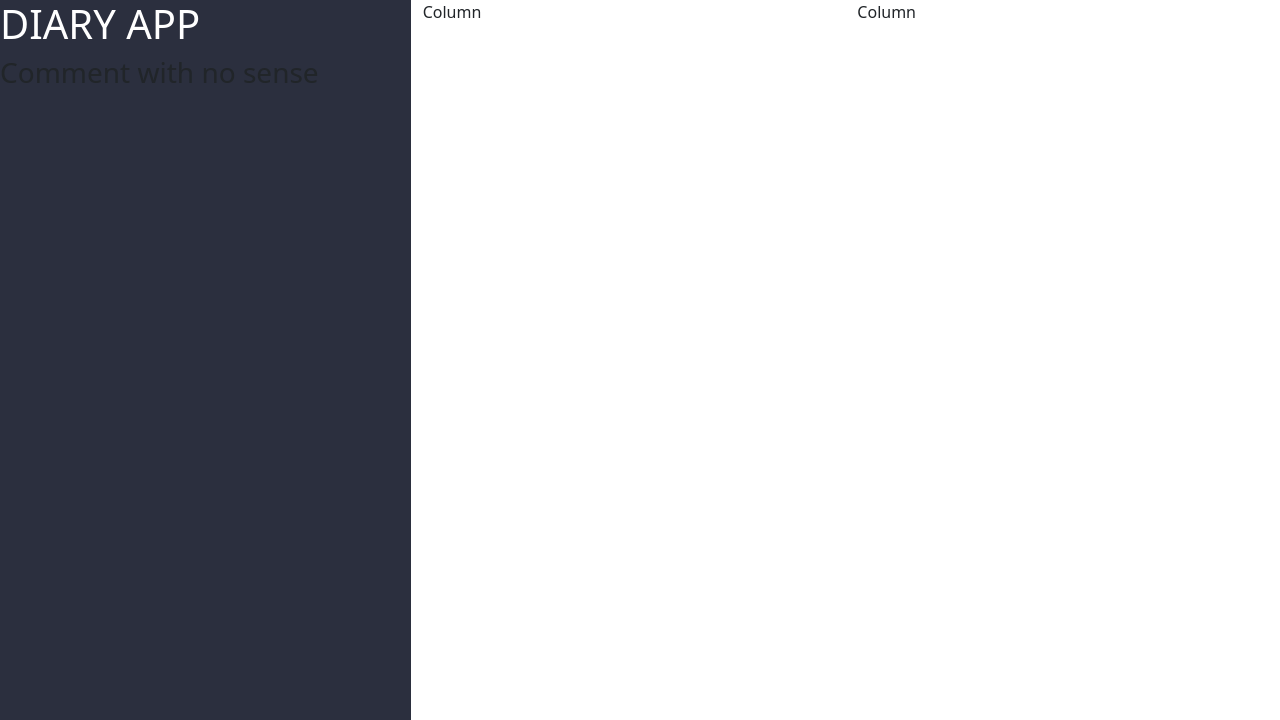
Repository: tsydikov/diary
Page: /
The author's editor kept a copy of each file at every save. The page is drawn from the files as they stood at one save, then again after the next save.
The browser window is 1280 px wide. The pictures show the whole page.
The project was rebuilt for these pictures with package versions that can differ from the ones it lists, and the page was loaded fresh each time.

Above is the page before, as saved 2021-09-10 18:55:39.

After the next save:
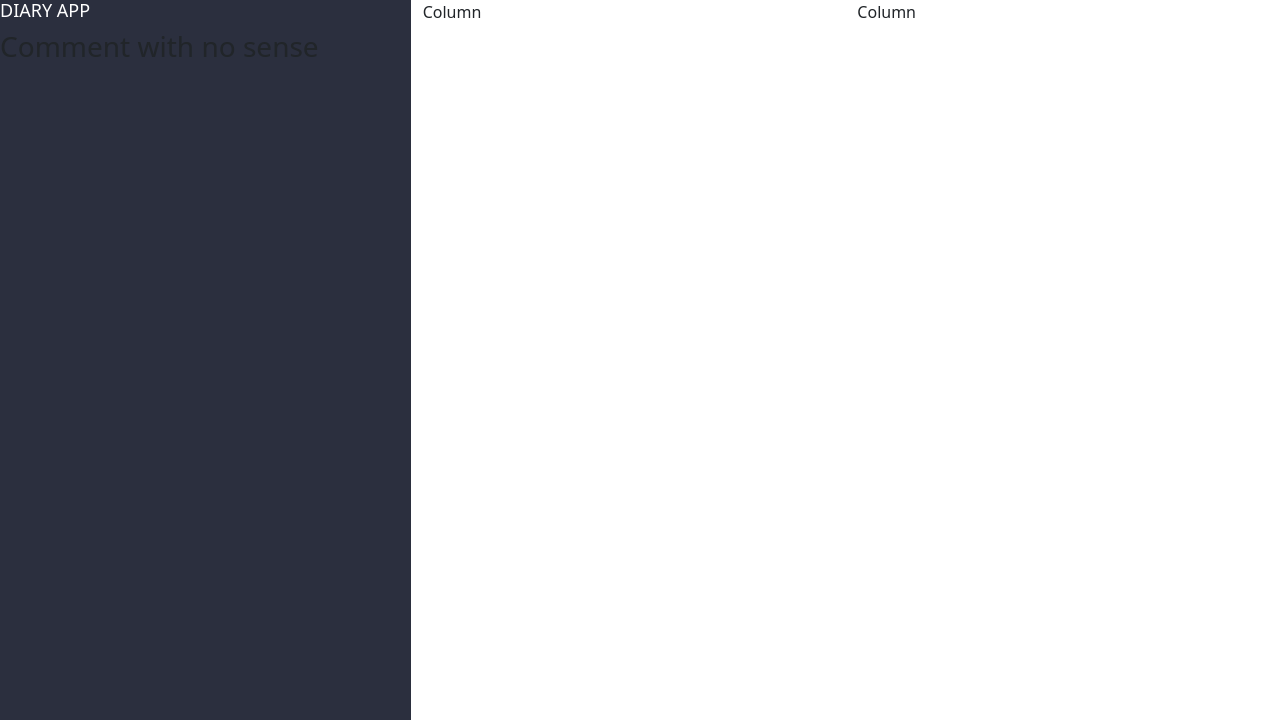
Saved 20 s later.
--- a/src/UI/Navbar/Navbar.module.css
+++ b/src/UI/Navbar/Navbar.module.css
@@ -6,4 +6,5 @@
 .container h1 {
     text-transform: uppercase;
     color:white;
+    font-size: 18px;
 }
